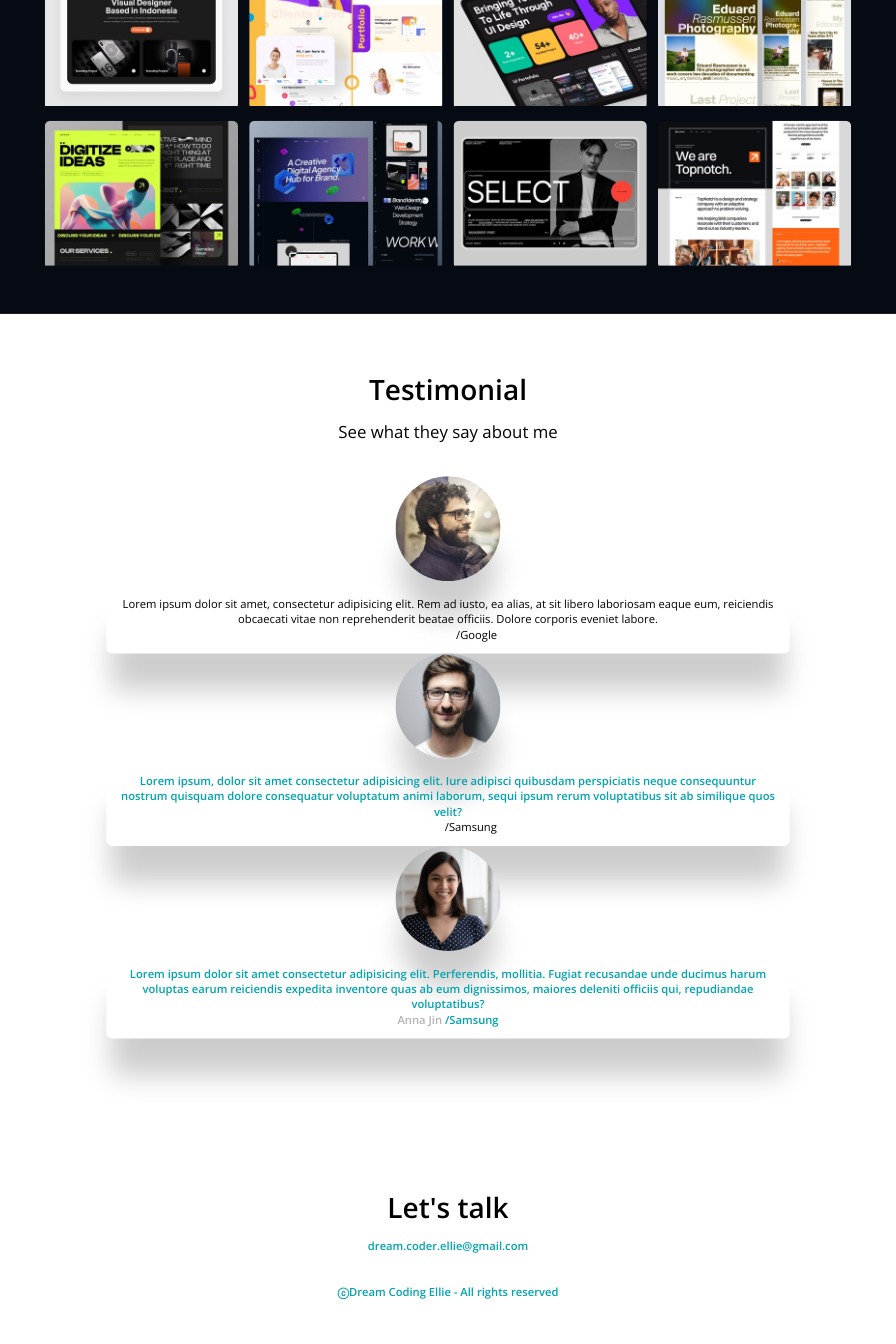
Repository: eggmoon/eggmoon_new
Page: index.html
An editor plug-in stored every save of this project. The page is shown before and after a run of saves, followed by the edit.
The browser window is 1280 px wide. The pictures show the part of the page from y = 2569 to 4489 px (the page is 4489 px tall before and 4325 px after), at 70% of full size.
Some web libraries are served in a nearby version.

Above is the page before, as saved 2025-02-26 15:24:50.

After the next 2 saves:
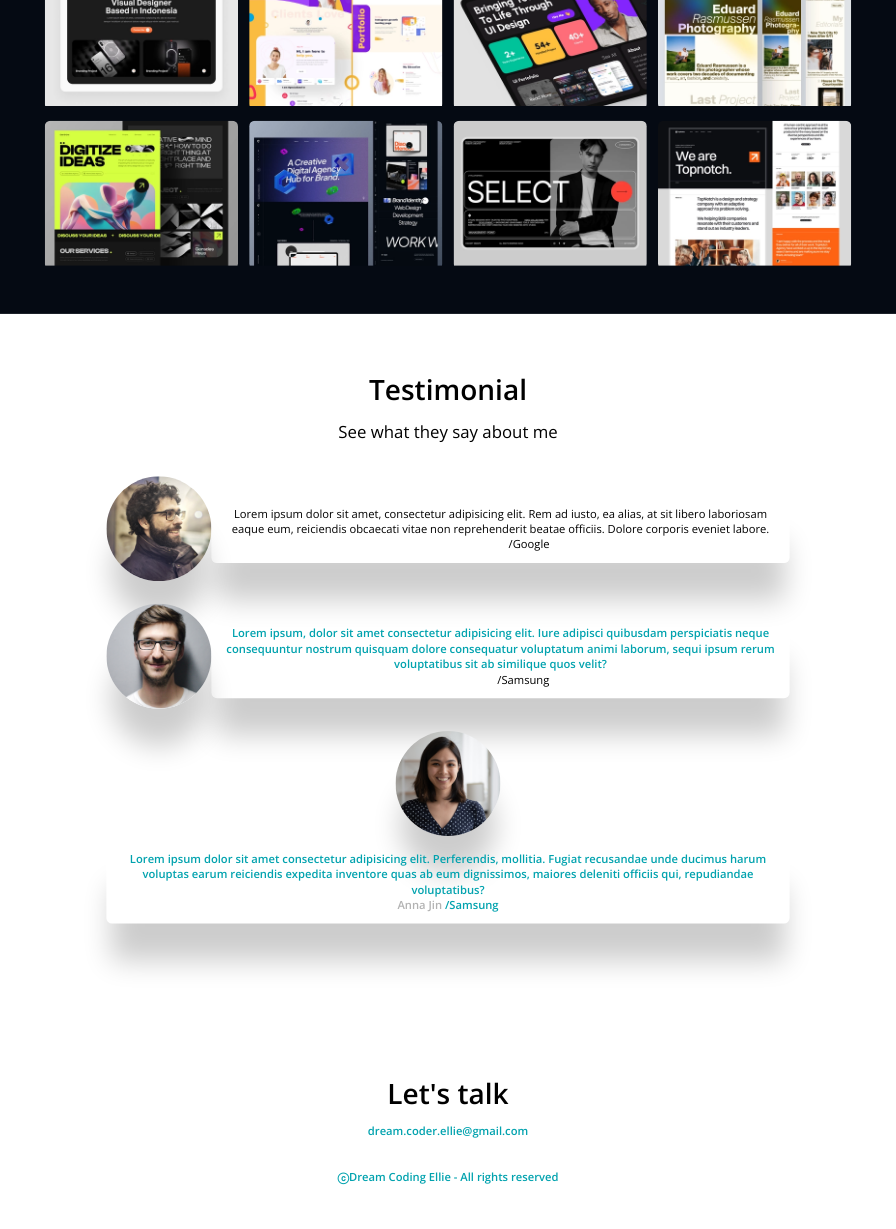
The 2 saves are shown as one change because they came seconds apart.
The last was saved 51 s later.
--- a/index.html
+++ b/index.html
@@ -262,7 +262,7 @@
         <h2 class="title">Testimonial</h2>
         <p class="description">See what they say about me</p>
         <ul class="testimonials">
-          <li class=".testimonial">
+          <li class="testimonial">
             <img src="images/testimonials/people1.webp" alt="people1" class="testimonial__img" />
             <div class="testimonial__bubble">
               <p>
@@ -274,7 +274,7 @@
               <p><a href="#">James Kim</a> /Google</p>
             </div>
           </li>
-          <li class=".testimonial">
+          <li class="testimonial">
             <img src="images/testimonials/people2.webp" alt="people2" class="testimonial__img" />
             <div class="testimonial__bubble">
               <p class="testimonial__bubble__name">
